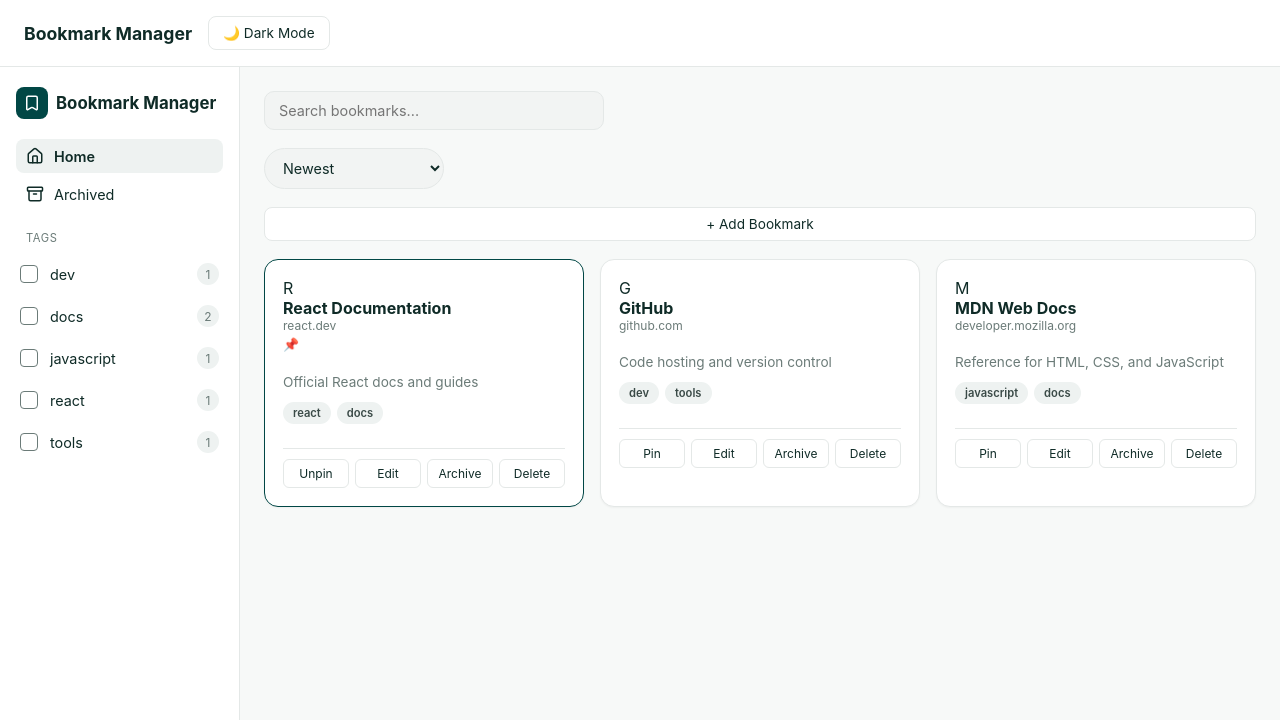
Repository: K0k1M4r/Big-Game-React
Page: /
These files come from the project's save history. The page is drawn as it stood at one moment and after the next save; the edit follows.
The browser window is 1280 px wide. The pictures show the whole page.
The project was rebuilt for these pictures with package versions that can differ from the ones it lists, and the page was loaded fresh each time. Also part of the build but not shown: vite.config.js, src/components/Modal.jsx, src/components/BookmarkForm.jsx.

Above is the page before, as saved 2026-09-23 02:57:12.

After the next save:
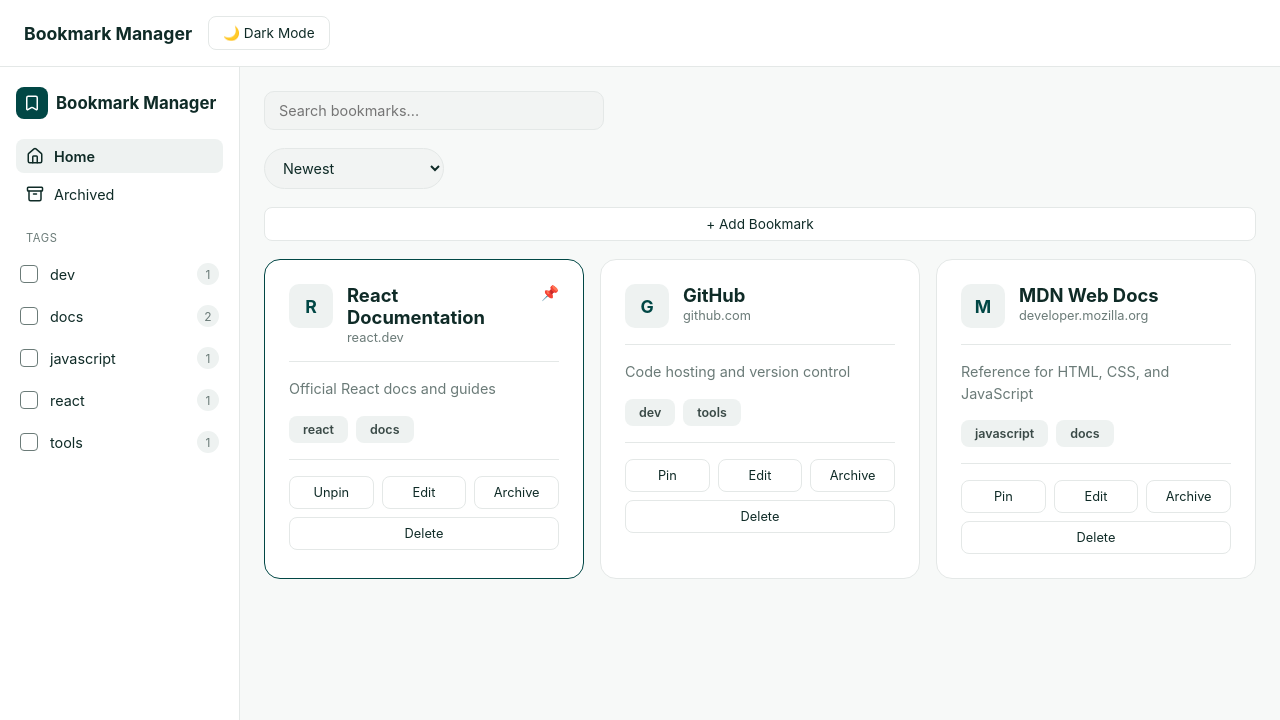
Saved 2 h 15 min later.
--- a/src/index.css
+++ b/src/index.css
@@ -307,79 +307,97 @@
   position: relative;
   background-color: var(--card-bg);
   border: 1px solid var(--border-color);
-  border-radius: 14px;
-  padding: 18px;
-  display: flex;
-  flex-direction: column;
-  gap: 10px;
-  box-shadow: 0 1px 2px rgba(0, 0, 0, 0.04);
+  border-radius: 16px;
+  padding: 24px;
+  display: flex;
+  flex-direction: column;
+  gap: 16px;
 }
 
 .bookmark-card.pinned {
   border-color: var(--accent-color);
 }
 
-.bookmark-card-top {
+.bookmark-card-header {
   display: flex;
   align-items: flex-start;
-  justify-content: space-between;
+  gap: 14px;
+}
+
+.bookmark-favicon {
+  flex-shrink: 0;
+  width: 44px;
+  height: 44px;
+  border-radius: 10px;
+  background-color: var(--tag-bg);
+  color: var(--accent-color);
+  display: flex;
+  align-items: center;
+  justify-content: center;
+  font-weight: 700;
+  font-size: 1.1rem;
+}
+
+.bookmark-title-group {
+  flex: 1;
+  min-width: 0;
+}
+
+.bookmark-card h3 {
+  font-size: 1.15rem;
+  font-weight: 700;
+  margin-bottom: 2px;
+}
+
+.bookmark-domain {
+  font-size: 0.8rem;
+  color: var(--muted-text);
+}
+
+.pin-badge {
+  font-size: 0.9rem;
+  flex-shrink: 0;
+}
+
+.bookmark-divider {
+  height: 1px;
+  background-color: var(--border-color);
+}
+
+.bookmark-card .description {
+  font-size: 0.9rem;
+  color: var(--muted-text);
+  line-height: 1.5;
+}
+
+.tag-list {
+  display: flex;
+  flex-wrap: wrap;
   gap: 8px;
-}
-
-.bookmark-card h3 {
-  font-size: 1rem;
-  font-weight: 700;
-}
-
-.bookmark-domain {
-  font-size: 0.75rem;
-  color: var(--muted-text);
-}
-
-.bookmark-card .description {
-  font-size: 0.85rem;
-  color: var(--muted-text);
-  line-height: 1.4;
-}
-
-.pin-badge {
-  font-size: 0.8rem;
-  color: var(--accent-color);
-}
-
-/* Tags */
-.tag-list {
-  display: flex;
-  flex-wrap: wrap;
-  gap: 6px;
   list-style: none;
 }
 
 .tag {
   background-color: var(--tag-bg);
   color: var(--tag-text);
-  font-size: 0.7rem;
+  font-size: 0.78rem;
   font-weight: 600;
-  padding: 4px 10px;
-  border-radius: 999px;
-}
-
-/* Card actions row */
+  padding: 6px 14px;
+  border-radius: 8px;
+}
+
 .card-actions {
   display: flex;
   flex-wrap: wrap;
-  gap: 6px;
-  margin-top: 4px;
-  border-top: 1px solid var(--border-color);
-  padding-top: 10px;
+  gap: 8px;
 }
 
 .card-actions button {
   flex: 1;
-  min-width: 60px;
-  font-size: 0.75rem;
-  padding: 6px 8px;
-  border-radius: 6px;
+  min-width: 70px;
+  font-size: 0.8rem;
+  padding: 8px 10px;
+  border-radius: 8px;
 }
 
 .archived-label {
